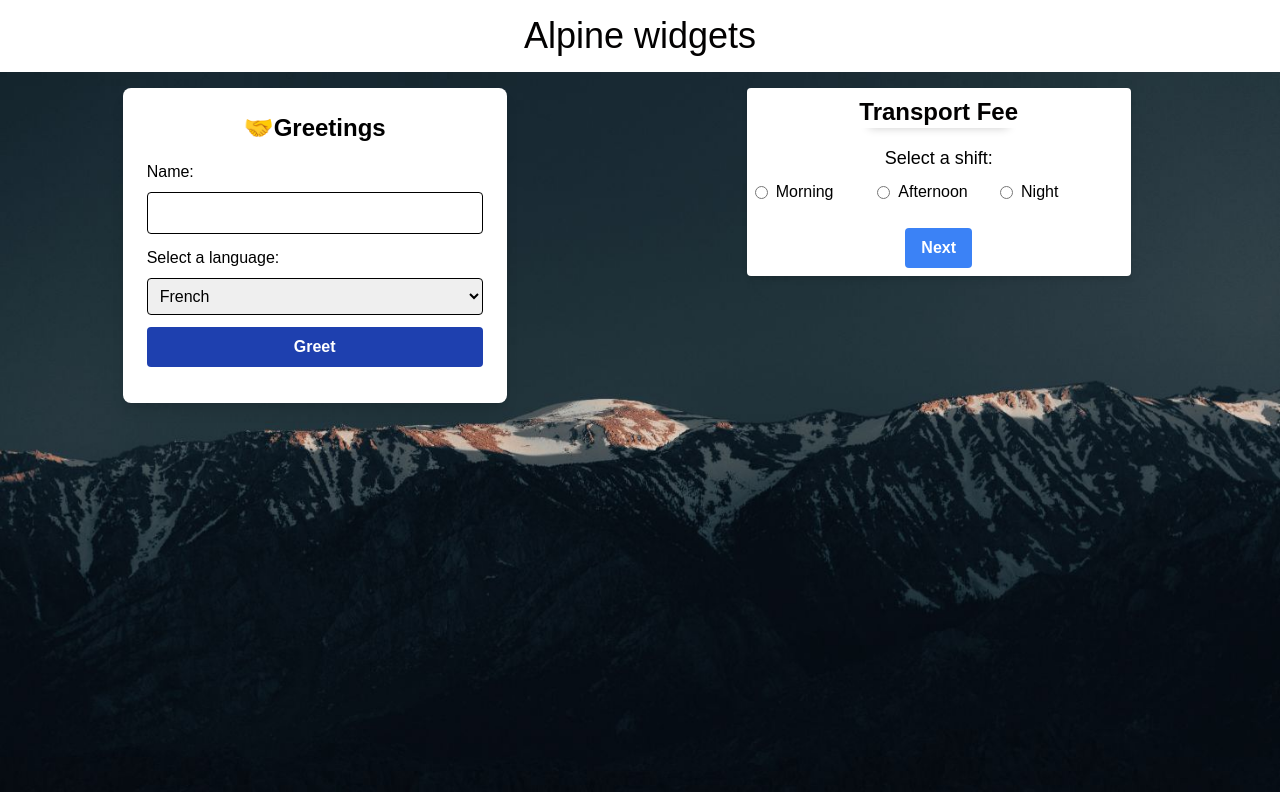
Repository: lasity34/alpine-bootcamp-widgets
Page: index.html
An editor plug-in stored every save of this project. The page is shown before and after the next save, followed by the edit.
The browser window is 1280 px wide. The pictures show the whole page.
Some web fonts or font styles are not loaded; a fallback is used. Some web libraries are served in a nearby version.

Above is the page before, as saved 2023-07-12 15:49:51.
Console error: ReferenceError: shift is not defined

After the next save:
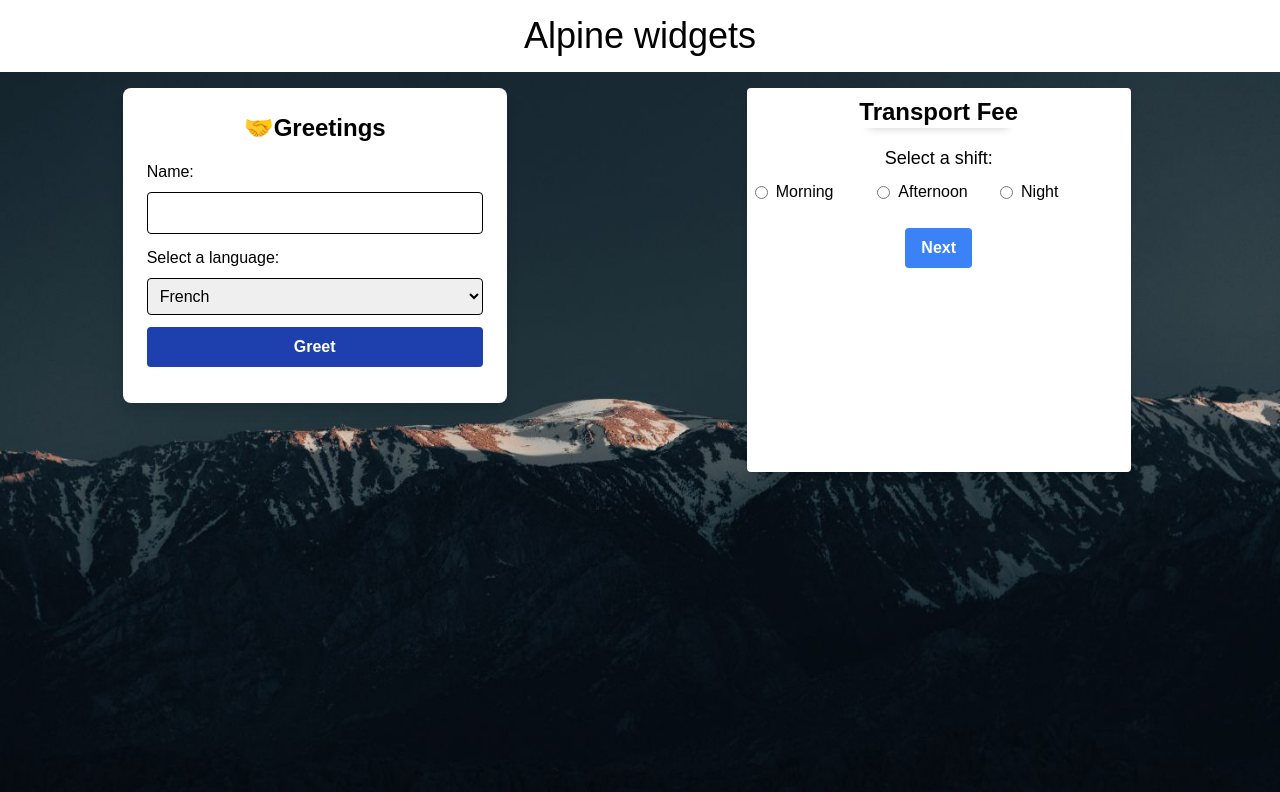
Saved 47 s later.
--- a/index.html
+++ b/index.html
@@ -69,7 +69,7 @@
       class="w-1/3 "
         x-data="transportFee"
       >
-      <div class="flex flex-col items-center bg-white max-w-sm mt-4 h-full p-2 rounded shadow-md">
+      <div class="flex flex-col items-center bg-white max-w-sm mt-4 h-96 p-2 rounded shadow-md">
         <h1 class="text-2xl font-bold mb-4">Transport Fee</h1>
 
         <label class="text-lg mb-2">Select a shift:</label>
